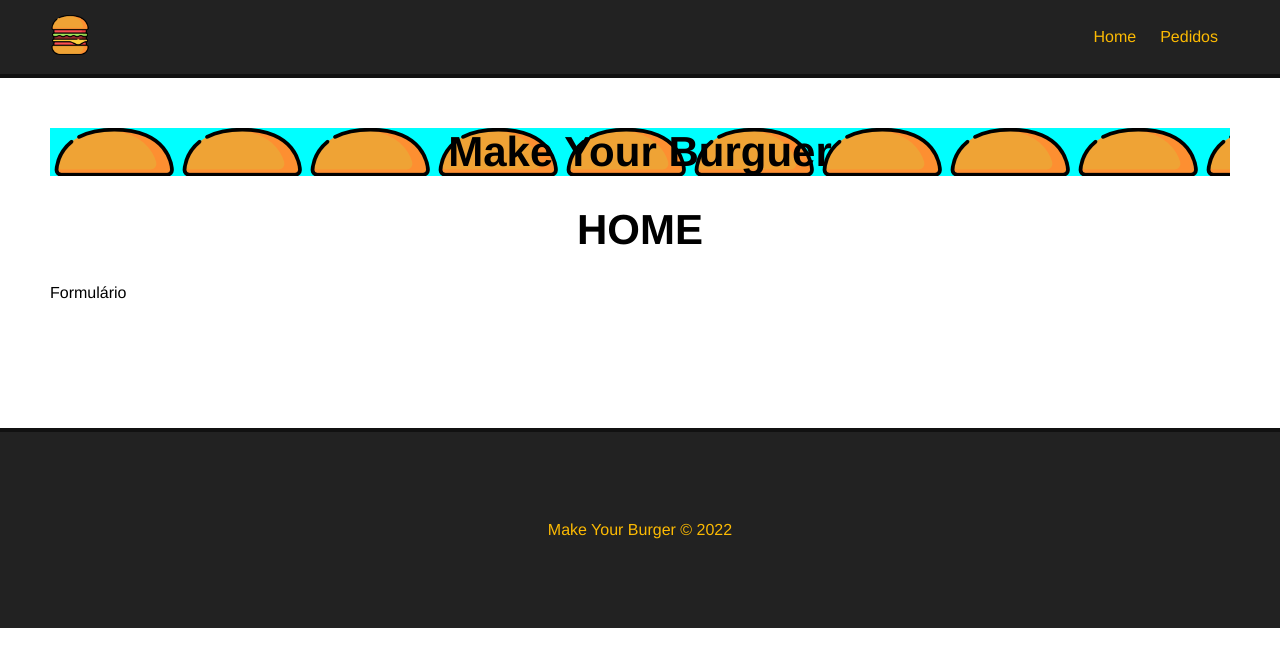
Repository: brunofa23/makeyourburguer
Page: /
An editor plug-in stored every save of this project. The page is shown before and after the next save, followed by the edit.
The browser window is 1280 px wide. The pictures show the whole page.
The project was rebuilt for these pictures with package versions that can differ from the ones it lists, and the page was loaded fresh each time. Also part of the build but not shown: vue.config.js.

Above is the page before, as saved 2022-08-09 19:11:57.

### src/App.vue
<template>
  <Navbar :logo="logo_src" :alt="app_name"/>
  <router-view/>
  <Footer />
</template>

<script>
import Navbar from './components/Navbar.vue';
import Footer from './components/Footer.vue';

export default{
  components:{ Navbar, Footer },
  data(){
    return{
      logo_src:"/img/logo.png",
      app_name:"Make Your Burguer"
    }

  }
}

</script>

<style>
*{
  font-family: Helvetica, sans-serif;
  padding: 0;
  margin: 0;
  box-sizing: border-box;
}


.main-container{
  margin:50px;
  min-height: 250px;
}

h1{
  text-align: center;
  font-size: 42px;
  margin-bottom: 30px;
}
</style>

### src/router/index.js
import { createRouter, createWebHistory } from 'vue-router'
import HomeView from '../views/HomeView.vue'

const routes = [
  {
    path: '/',
    name: 'home',
    component: HomeView
  },
  {
    path: '/pedidos',
    name: 'Pedidos',
    // route level code-splitting
    // this generates a separate chunk (about.[hash].js) for this route
    // which is lazy-loaded when the route is visited.
    component: () => import(/* webpackChunkName: "about" */ '../views/PedidosView.vue')
  }
]

const router = createRouter({
  history: createWebHistory(process.env.BASE_URL),
  routes
})

export default router

### src/components/Navbar.vue
<template>
  <div id="nav">
    <router-link to="/" id="logo-url">
        <img :src="logo" :alt="alt" id="logo" >
    </router-link>
    <router-link to="/">Home</router-link>
    <router-link to="/pedidos">Pedidos</router-link>
  </div>
</template>

<script>
export default {
    name:"Navbar",
    props:["logo", "alt"]
}
</script>




<style scoped>
#nav{
  background-color:#222 ;
  border-bottom: 4px solid #111;
  padding: 15px 50px;
  display: flex;
  justify-content: flex-end;
  align-items: center;


}

#nav #logo-url{
  margin: auto;
  margin-left: 0;


}

#logo{
  width: 40px;
  height: 40px;
}

#nav a{
  color: #FCBA03;
  text-decoration: none;
  margin: 12px;
  transition: .5s;

}
#nav a:hover{
  color:#FFF;
}

</style>

### src/components/Footer.vue
<template>
    <footer id="footer">
        <p>Make Your Burger &copy; 2022</p>

    </footer>
</template>


<script>
export default{
    name: "Footer"
}

</script>

<style scoped>
#footer{
    height: 200px;
    background-color: #222;
    border-top: 4px solid #111;
    color: #fcba03;
    display: flex;
    align-items: center;
    justify-content: center;
    width: 100%;
}
</style>

### src/views/HomeView.vue
<template>
  <div class="main-container">
    <Banner />
   <h1>HOME</h1>
   <p>Formulário</p>
  </div>
</template>

<script>
import Banner from "@/components/Banner.vue";

export default{
  name: "Home",
  components:{
    Banner
  }
}

</script>

### src/components/Banner.vue
<template>
  <div id="main-banner">
    <h1>Make Your Burguer</h1>
  </div>
</template>

<script>
export default {
  name: 'Banner',
}
</script>

<style scoped>
#main-banner{
    background-color: aqua;
    background-image: url('/public/img/logo.png');
    /* background-image: url('public\img\burger.jpg'); */
}


</style>
>

Loaded but not shown: public/index.html (common file); src/main.js (common file)

After the next save:
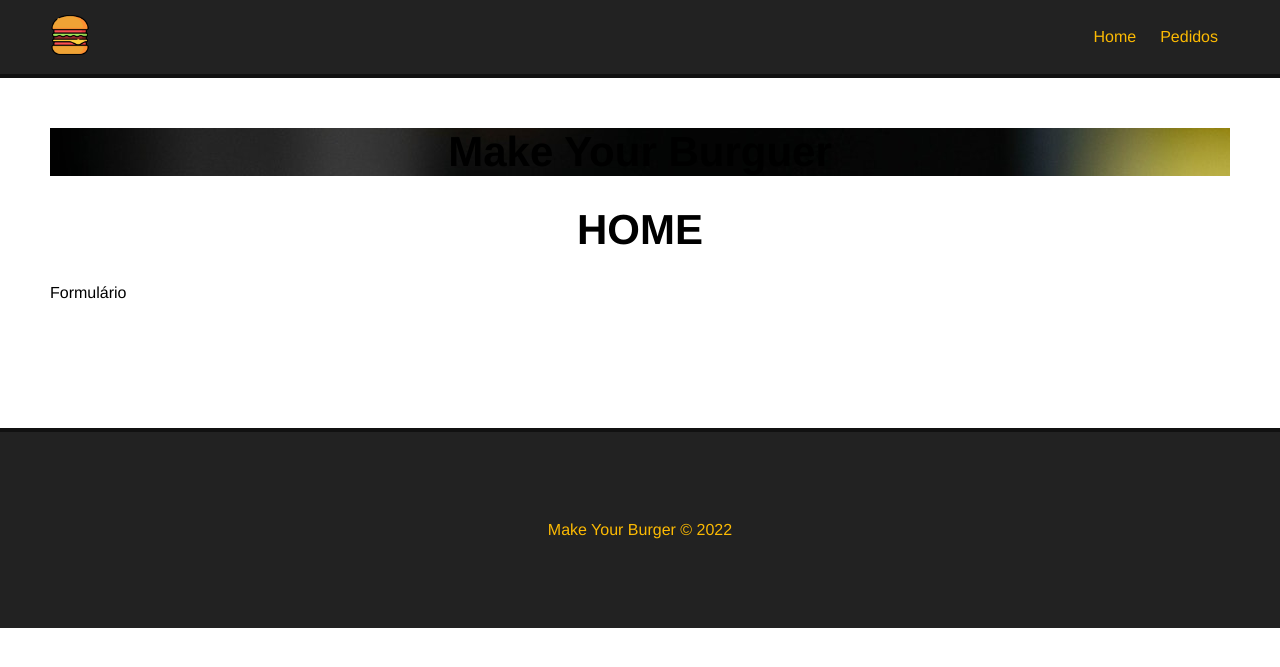
Saved 25 s later.
--- a/src/components/Banner.vue
+++ b/src/components/Banner.vue
@@ -13,7 +13,7 @@ export default {
 <style scoped>
 #main-banner{
     background-color: aqua;
-    background-image: url('/public/img/logo.png');
+    background-image: url('/public/img/burger.jpg');
     /* background-image: url('public\img\burger.jpg'); */
 }
 
